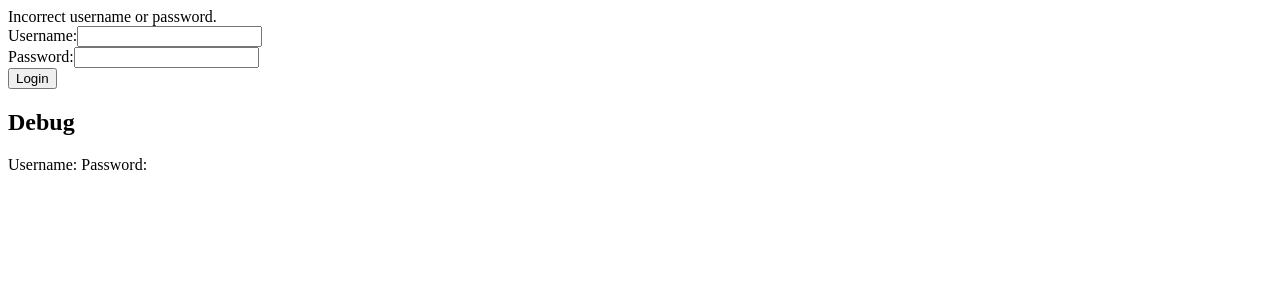
Repository: Bodily-Brad/CS313-Group-Java
Page: http://localhost/8.02/ValidateUser
An editor plug-in stored every save of this project. The page is shown before and after the next save, followed by the edit.
The browser window is 1280 px wide. The pictures show the whole page.
The page is served by Tomcat 9.

Above is the page before, as saved 2014-11-11 16:52:27.

After the next save:
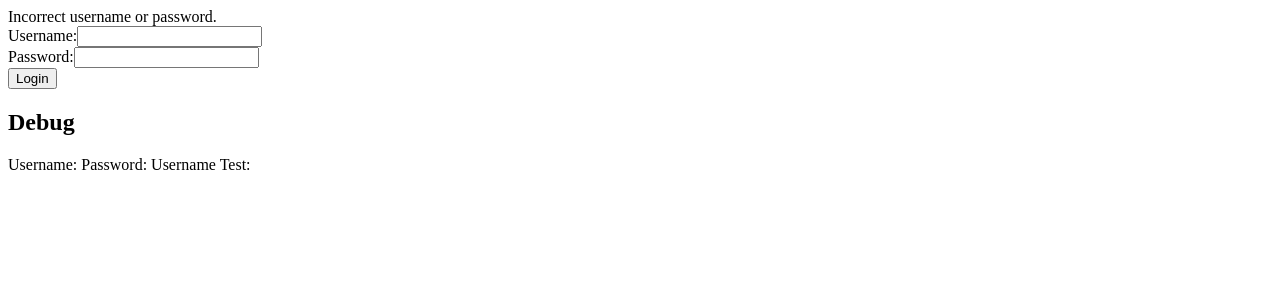
Saved 23 s later.
--- a/8.02/WebContent/login.jsp
+++ b/8.02/WebContent/login.jsp
@@ -16,5 +16,6 @@
 	<h2>Debug</h2>
 	Username: ${param.username}
 	Password: ${param.password}
+	Username Test: ${requestScore.usernameTest}
 </body>
 </html>
